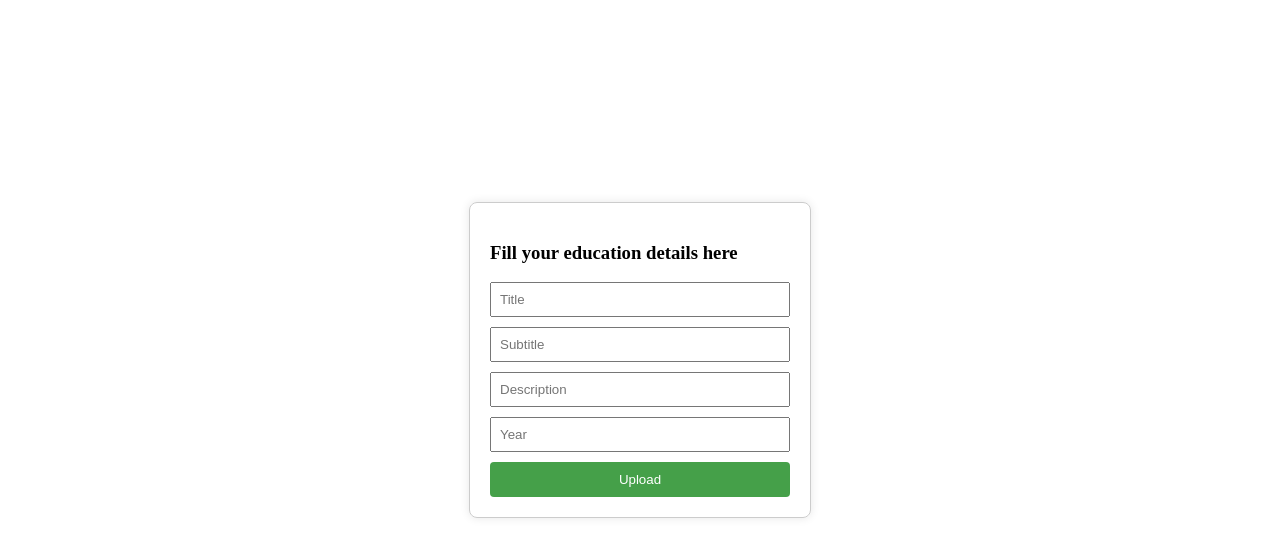
Repository: HAIDAR123654/CodeHuntMvcProject
Page: http://localhost/myportfolio/uploadedu.jsp
These files come from the project's save history. The page is drawn as it stood at one moment and after the next save; the edit follows.
The browser window is 1280 px wide. The pictures show the whole page.
The pointer rests on the first visible `button`.
The page is served by Tomcat 9.

Above is the page before, as saved 2024-01-26 17:45:53.

After the next save:
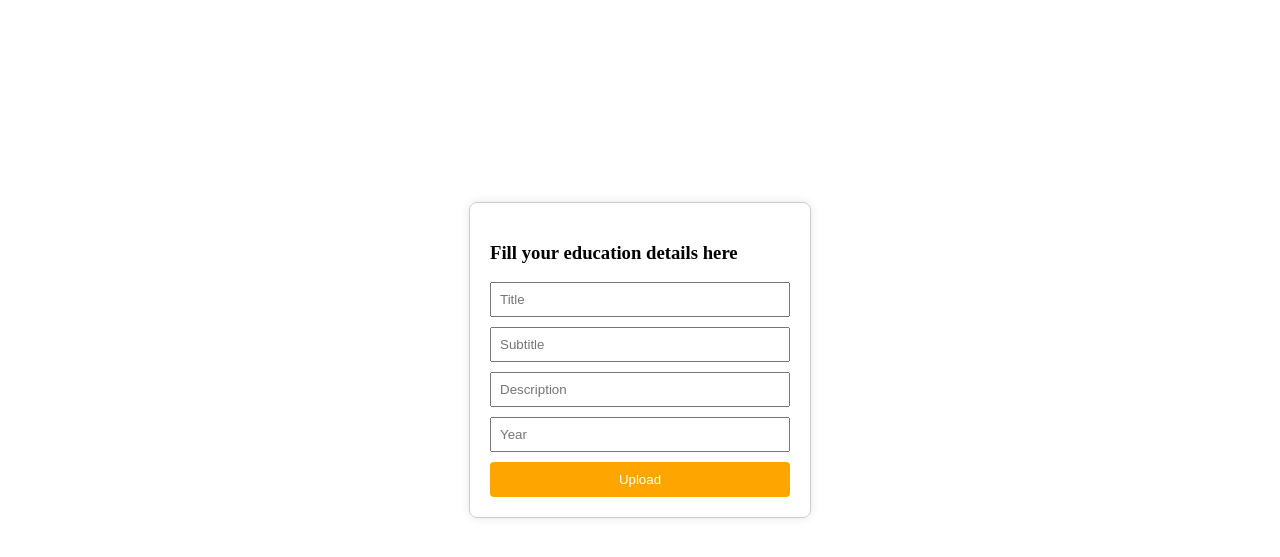
Saved 69 s later.
--- a/myportfolio/src/main/webapp/uploadedu.jsp
+++ b/myportfolio/src/main/webapp/uploadedu.jsp
@@ -41,7 +41,7 @@
         }
 
         button:hover {
-            background-color: #45a049;
+            background-color: orange;
         }
     </style>
 </head>
